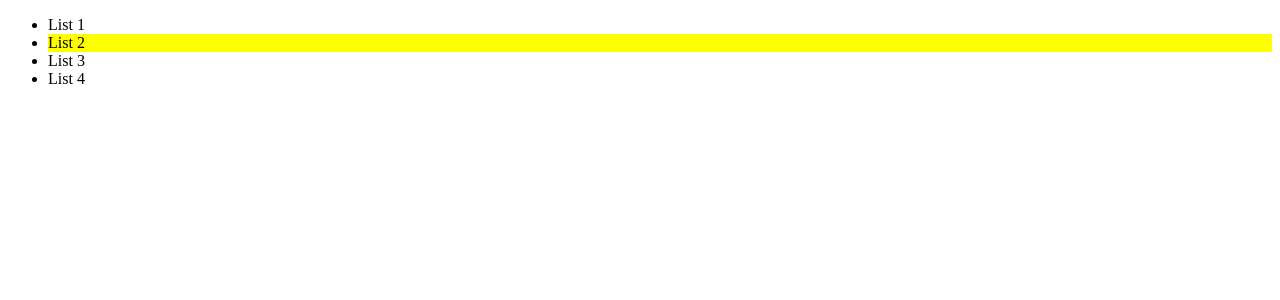
Repository: lixinso/html5
Page: workspace/CSS3/WebContent/selector/selector_checked.html
The author's editor kept a copy of each file at every save. The page is drawn from the files as they stood at one save, then again after the next save.
The browser window is 1280 px wide. The pictures show the whole page.

Above is the page before, as saved 2011-05-27 14:46:17.

After the next save:
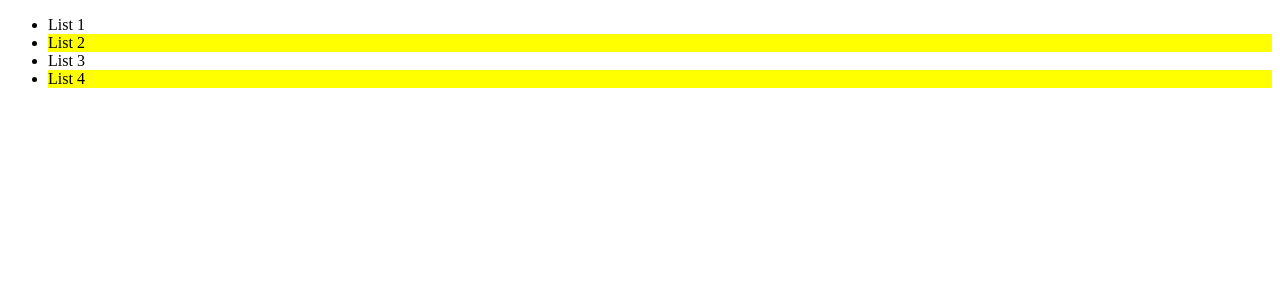
Saved 62 s later.
--- a/workspace/CSS3/WebContent/selector/selector_checked.html
+++ b/workspace/CSS3/WebContent/selector/selector_checked.html
@@ -5,7 +5,7 @@
 <meta http-equiv="Content-Type" content="text/html; charset=UTF-8" />
 <title>Insert title here</title>
 <style type="text/css">
-	li:nth-child(2){background-color: yellow;}
+	li:nth-child(even){background-color: yellow;}
 </style>
 </head>
 <body>
